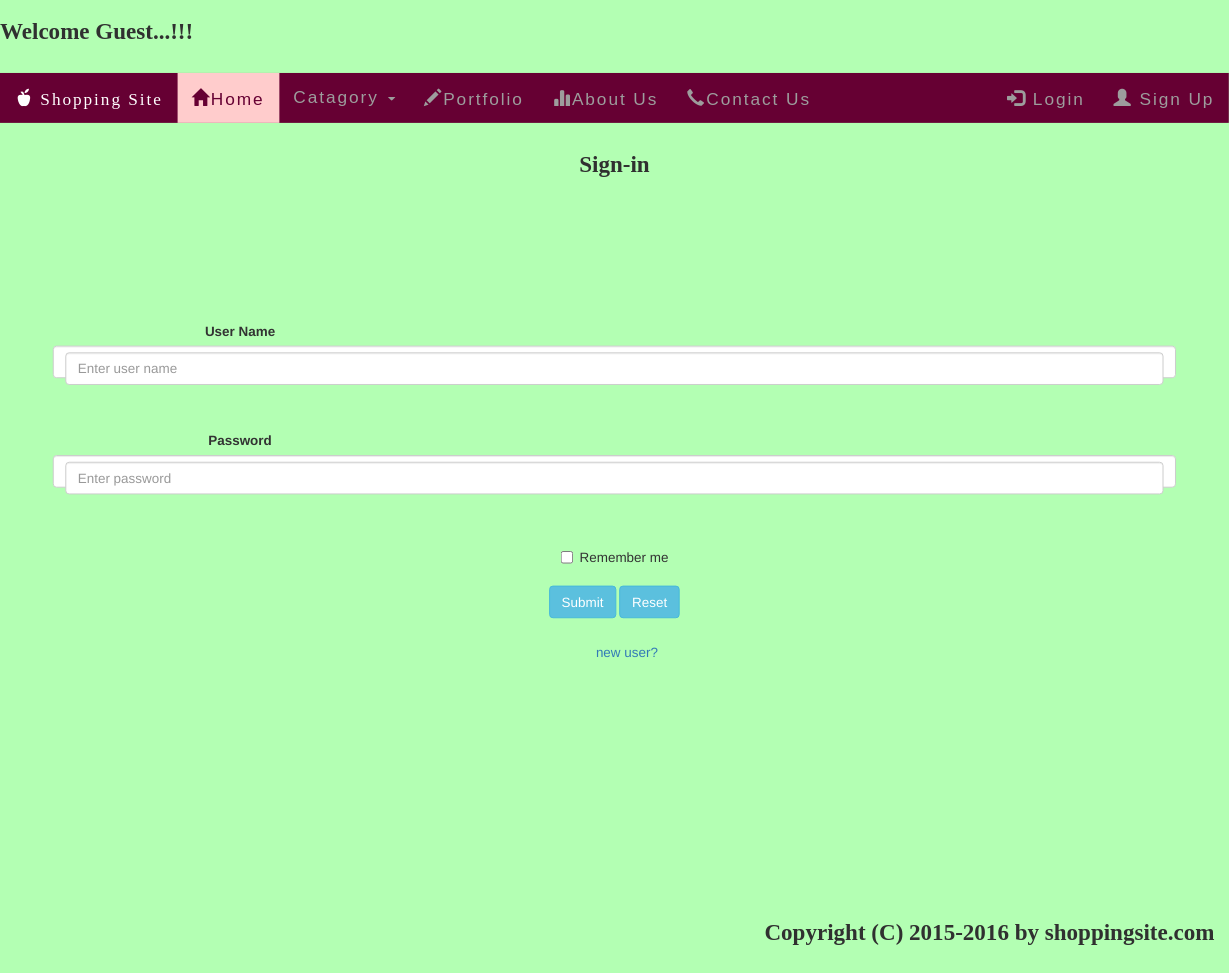
Repository: priyasuthakar/priya
Page: http://localhost/Apple/WEB-INF/views/login.jsp
The author's editor kept a copy of each file at every save. The page is drawn from the files as they stood at one save, then again after the next save.
The browser window is 1280 px wide. The pictures show the whole page, at 96% of full size.
The page is served by Tomcat 9. Nobody is signed in. The template is opened directly, without the code that normally fills it, so the values that code supplies are empty.

Above is the page before, as saved 2016-08-23 06:33:21.

After the next save:
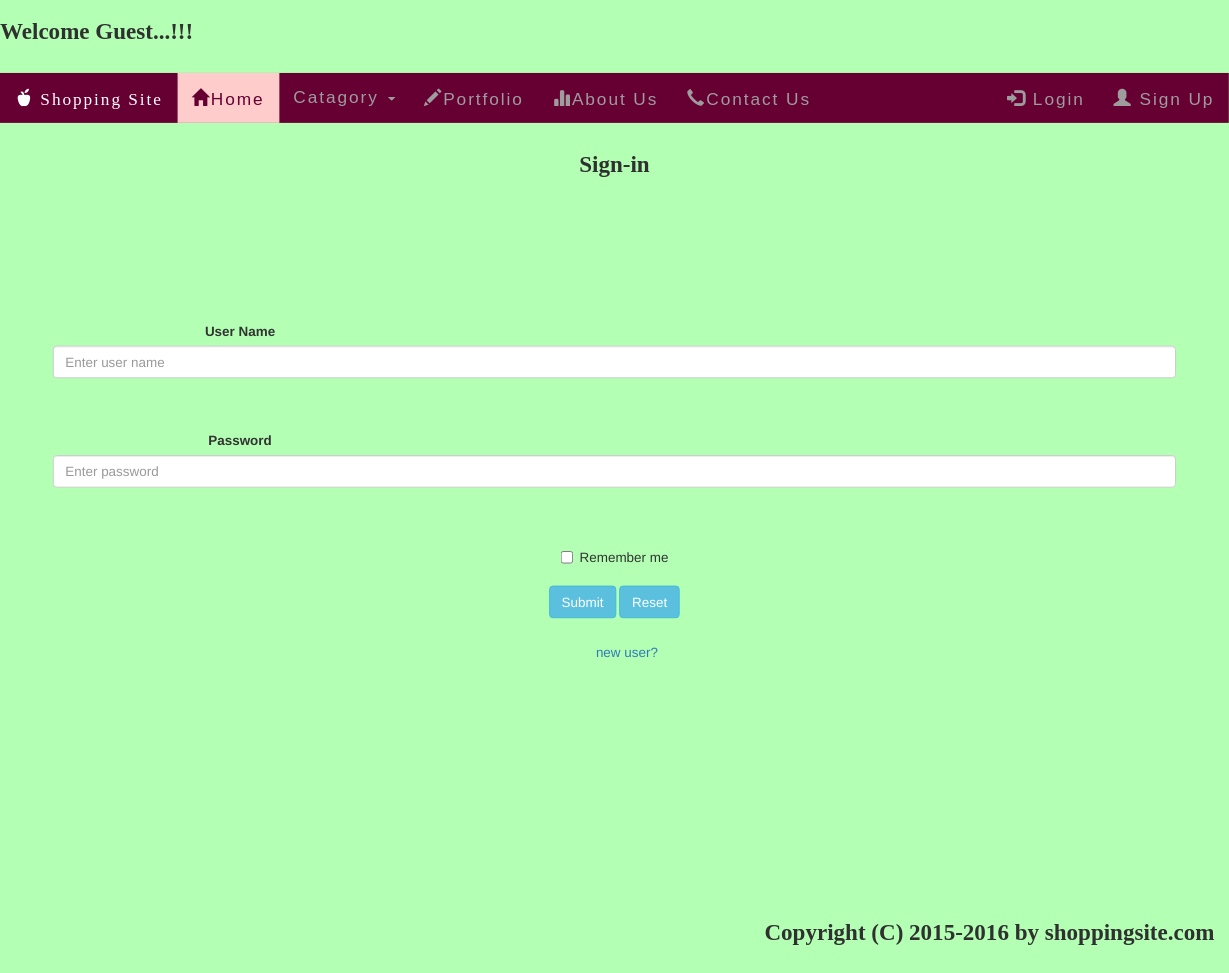
Saved 43 s later.
--- a/Apple/src/main/webapp/WEB-INF/views/login.jsp
+++ b/Apple/src/main/webapp/WEB-INF/views/login.jsp
@@ -82,19 +82,17 @@ footer .glyphicon {
 				<center>
 					<div class="form-group">
 						<label class="col-lg-4">User Name</label>
-						<div class="col-lg-4 form-control">
 							<input class="col-lg-4 form-control" type="text" name="username" placeholder="Enter user name"
 								required="true" title="should not be empty" />
 						</div>
-					</div>
 					<br> <br>
 					<div class="form-group">
 						<label class="col-lg-4">Password</label>
-						<div class="col-lg-4 form-control">
+
 							<input class="col-lg-4 form-control" type="password" name="password"
 								placeholder="Enter password" required="true"
 								title="should not be empty" />
-						</div>
+
 					</div>
 					<br> <br>
 				</center>
